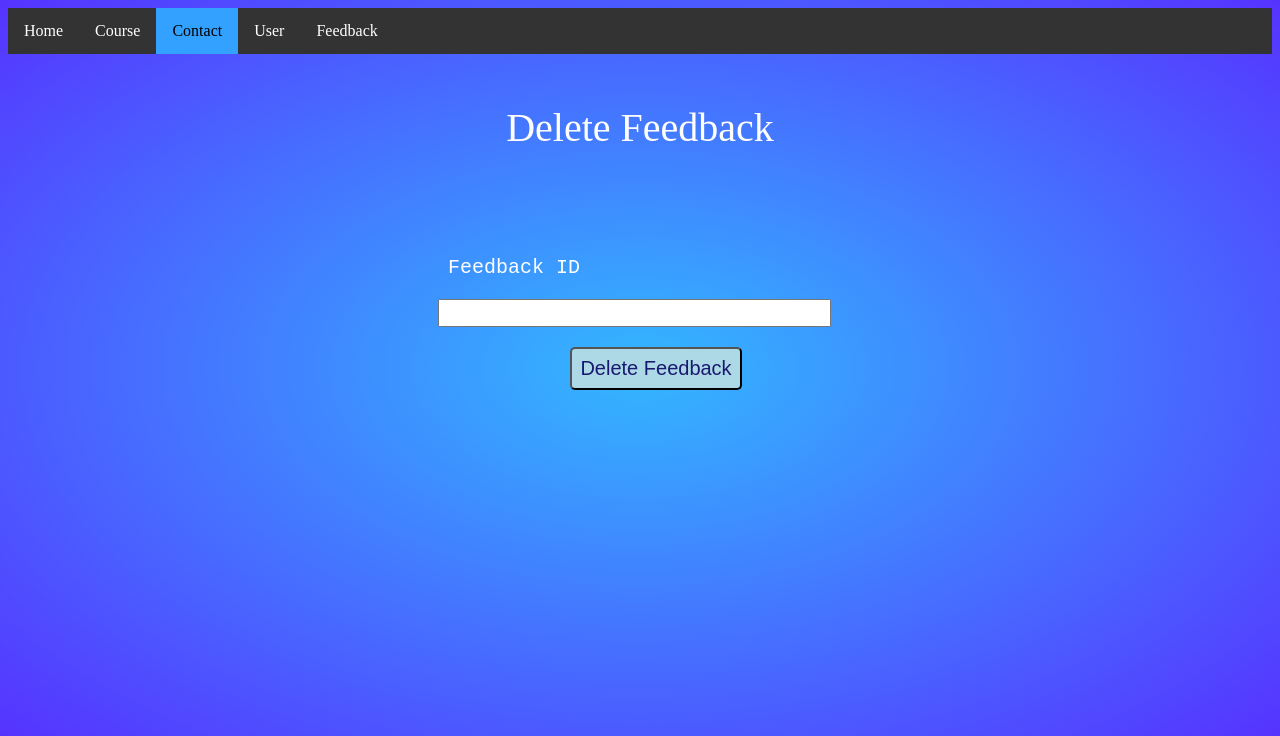
Repository: ShreyasG27/Amdocs-Training
Page: http://localhost/e-learning-frontend/feedbackdisplay.jsp
The author's editor kept a copy of each file at every save. The page is drawn from the files as they stood at one save, then again after the next save.
The browser window is 1280 px wide. The pictures show the whole page.
The page is served by Tomcat 9. Other server files are loaded and not shown.

Above is the page before, as saved 2021-08-22 17:46:48.

### e-learning-frontend/src/main/webapp/feedbackdisplay.jsp
<%@ page language="java" contentType="text/html; charset=ISO-8859-1"
    pageEncoding="ISO-8859-1"%>
<!DOCTYPE html PUBLIC "-//W3C//DTD HTML 4.01 Transitional//EN" "http://www.w3.org/TR/html4/loose.dtd">
<html>
<head>
<meta http-equiv="Content-Type" content="text/html; charset=ISO-8859-1">
<title>Contact Page Admin</title>
<style>
body{
	background-image: radial-gradient(#33B7FF,#5633ff);
	color: white;
	height: 100vh;
}
.heading{
font-size:40px;
margin-top: 50px;
}
.submitbutton{
	margin-left:460px;
	padding:8px;
	font-size:20px;
	color: midnightblue;
	background-color:lightblue;
	border-radius:5px;
	margin-top: 20px;
}
.submitbutton:hover{
	margin-left:460px;
	padding:8px;
	font-size:20px;
	color: midnightblue;
	background-color:cyan;
	border-radius:5px;
	margin-top: 20px;
}
.deletebutton{
	margin-left:500px;
	padding:8px;
	font-size:20px;
	color: midnightblue;
	background-color:lightblue;
	border-radius:5px;
	margin-top: 20px;
}
.deletebutton:hover{
	margin-left:500px;
	padding:8px;
	font-size:20px;
	color: midnightblue;
	background-color:cyan;
	border-radius:5px;
	margin-top: 20px;
}
.inputfld{
	margin-left: 430px;
	padding: 5px;
	broder-radius:10px;
	font-size:12px;
	width:30%;
}
.inputfld1{
	margin-left: 420px;
	padding: 5px;
	broder-radius:10px;
	font-size:12px;
	width:30%;
}
.inputfld2{
	margin-left: 438px;
	padding: 5px;
	broder-radius:10px;
	font-size:12px;
	width:30%;
}
.txtfld{
	font-size:20px;
	margin-left:440px;
}
ul {
  list-style-type: none;
  margin: 0;
  padding: 0;
  overflow: hidden;
  background-color: #333;
  width:100%;
}

li {
  float: left;
}

li a {
  display: block;
  color: white;
  text-align: center;
  padding: 14px 16px;
  text-decoration: none;
}

li a:hover:not(.active) {
  background-color: #111;
}

.active {
  background-color: #33A1FF;
  color: black;
}
</style>
</head>
<body>
<ul>
  <li><a href="afterloginadm.jsp">Home</a></li>
  <li><a href="course.jsp">Course</a></li>
  <li><a class="active" href="contactdisplay.jsp">Contact</a></li>
  <li><a href="userdisplay.jsp">User</a></li>
  <li><a href="feedbackdisplay.jsp">Feedback</a></li>
</ul>
<center><p class="heading">Delete Feedback</p></center>
<form action="contact" method="POST">
    <pre>


     <p class="txtfld">Feedback ID</p><input class="inputfld" type="number" name="feedbackid">
     	<input class="deletebutton" type="submit" value="Delete Feedback"><br>


    </pre>
</form>
</body>
</html>

After the next save:
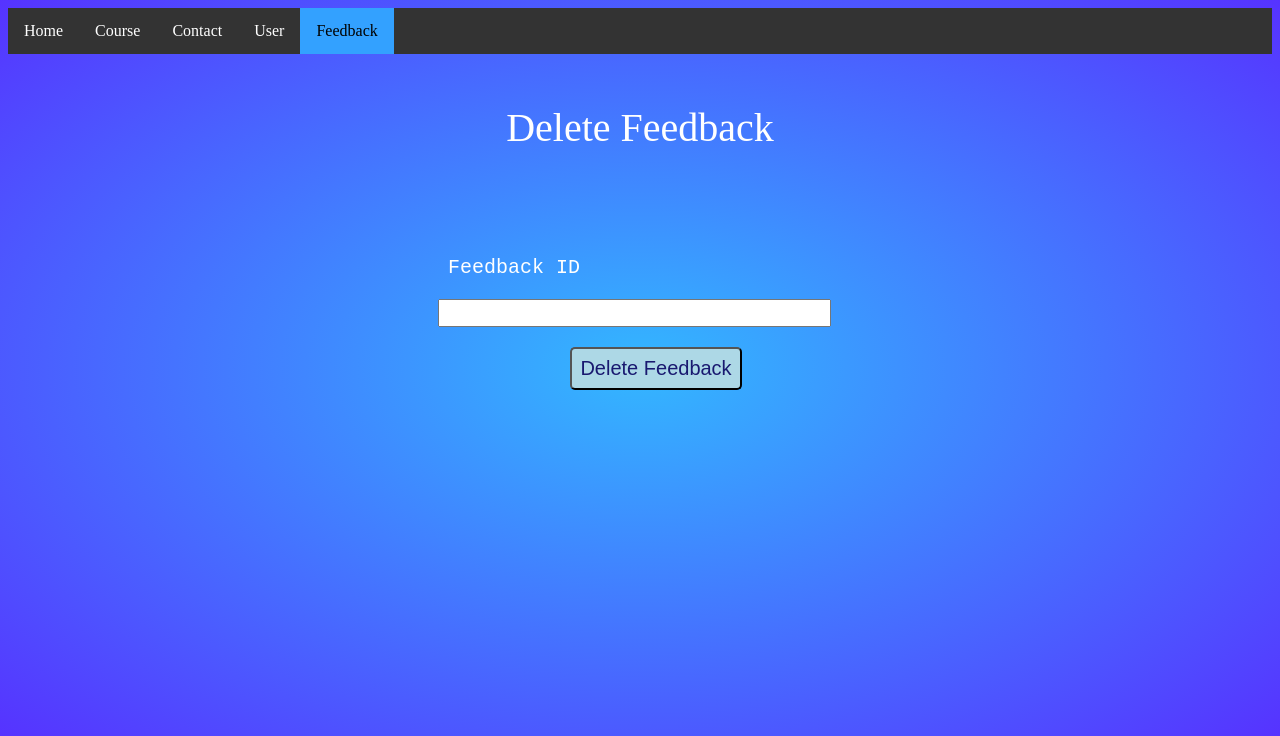
Saved 31 s later.
--- a/e-learning-frontend/src/main/webapp/feedbackdisplay.jsp
+++ b/e-learning-frontend/src/main/webapp/feedbackdisplay.jsp
@@ -111,9 +111,9 @@ li a:hover:not(.active) {
 <ul>
   <li><a href="afterloginadm.jsp">Home</a></li>
   <li><a href="course.jsp">Course</a></li>
-  <li><a class="active" href="contactdisplay.jsp">Contact</a></li>
+  <li><a href="contactdisplay.jsp">Contact</a></li>
   <li><a href="userdisplay.jsp">User</a></li>
-  <li><a href="feedbackdisplay.jsp">Feedback</a></li>
+  <li><a class="active" href="feedbackdisplay.jsp">Feedback</a></li>
 </ul>
 <center><p class="heading">Delete Feedback</p></center>
 <form action="contact" method="POST">
